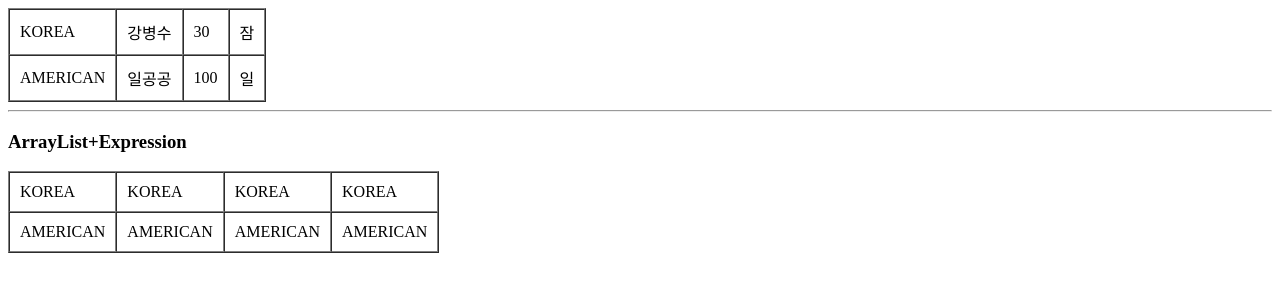
Repository: Rua1006/JSP
Page: http://localhost/practice02/04.ExpressionOREL.jsp
These files come from the project's save history. The page is drawn as it stood at one moment and after the next save; the edit follows.
The browser window is 1280 px wide. The pictures show the whole page.
The page is served by Tomcat 9.

Above is the page before, as saved 2022-11-10 03:20:39.

### practice02/WebContent/04.ExpressionOREL.jsp
<%@ page language="java" contentType="text/html; charset=UTF-8"
    pageEncoding="UTF-8"%>
<%@ taglib prefix="c" uri="http://java.sun.com/jsp/jstl/core" %>
<%@ taglib prefix="fmt" uri="http://java.sun.com/jsp/jstl/fmt" %>
<%@ page import ="java.util.*" %>
<%@ page import ="java.text.*, java.net.InetAddress" %>
<%@ page import ="com.example.*" %>
<%@ include file = "common.jsp" %>
<%
	String name = "강병수";
	int age = 30;
	int num = 70;
	int num1 = 90, num2=80, num3;

	Human h1 = new Human();
	h1.setCountry("KOREA");
	h1.setName("강병수");
	h1.setAge(30);
	h1.setHobby("잠");

	List<Human> hList = new ArrayList<Human>();

	Human h2 = new Human();
	h2.setCountry("AMERICAN");
	h2.setName("일공공");
	h2.setAge(100);
	h2.setHobby("일");

	hList.add(h1);
	hList.add(h2);

	request.setAttribute("hList", hList);
	//위 내용을 포워드함
%>
<!DOCTYPE html>
<html>
<head>
<meta charset="UTF-8">
<title>04.Expression OR EL</title>
</head>
<body>
<table border="1" cellpadding="10" cellspacing="0">
<%
	if(hList != null){
		for(Human human : hList){
			pageContext.setAttribute("human", human);
%>
	<tr>
		<td>${human.country }</td>
		<td>${human.name }</td>
		<td>${human.age }</td>
		<td>${human.hobby }</td>
	</tr>
<%	}

	}
%>
</table>
<hr>
<h3>ArrayList+Expression</h3>
<table border="1" cellpadding="10" cellspacing="0">
<%
	for(int i=0; i<hList.size(); i++){
		Human human = hList.get(i);
%>
	<tr>
		<td><%=human.getCountry() %></td>
		<td><%=human.getCountry() %></td>
		<td><%=human.getCountry() %></td>
		<td><%=human.getCountry() %></td>
	</tr>
<%
	}
%>
</table>
</body>
</html>

### practice02/src/com/example/Human.java
package com.example;

public class Human {
	private String country;
	private String name;
	private int age;
	private String hobby;
	public String getCountry() {
		return country;
	}
	public void setCountry(String country) {
		this.country = country;
	}
	public String getName() {
		return name;
	}
	public void setName(String name) {
		this.name = name;
	}
	public int getAge() {
		return age;
	}
	public void setAge(int age) {
		this.age = age;
	}
	public String getHobby() {
		return hobby;
	}
	public void setHobby(String hobby) {
		this.hobby = hobby;
	}

}

Loaded but not shown: practice02/WebContent/common.jsp (common file)

After the next save:
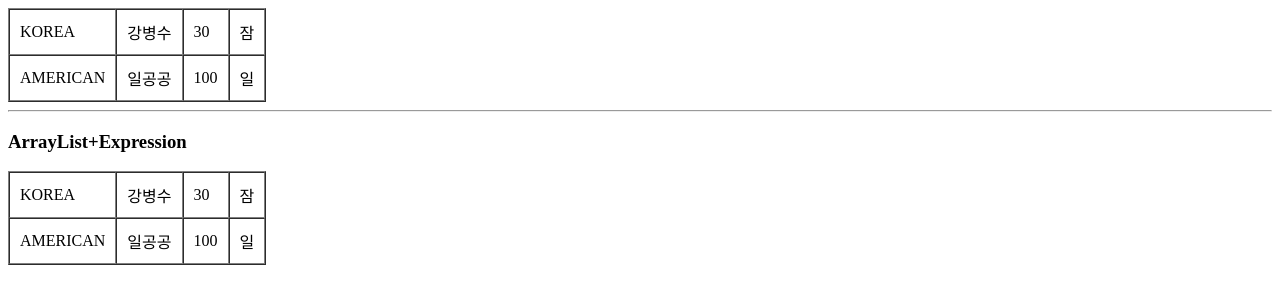
Saved 13 s later.
--- a/practice02/WebContent/04.ExpressionOREL.jsp
+++ b/practice02/WebContent/04.ExpressionOREL.jsp
@@ -65,9 +65,9 @@
 %>
 	<tr>
 		<td><%=human.getCountry() %></td>
-		<td><%=human.getCountry() %></td>
-		<td><%=human.getCountry() %></td>
-		<td><%=human.getCountry() %></td>
+		<td><%=human.getName() %></td>
+		<td><%=human.getAge() %></td>
+		<td><%=human.getHobby() %></td>
 	</tr>
 <%
 	}
